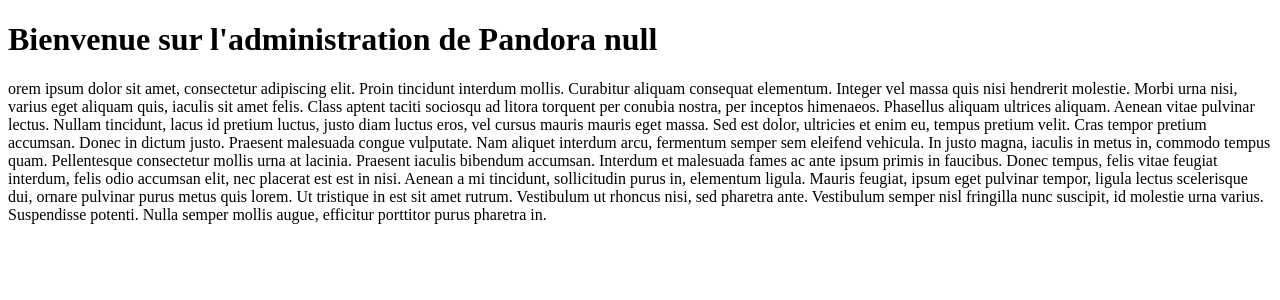
Repository: AnaisT17/Pandora
Page: http://localhost/pandora/Mainpage.jsp
These files come from the project's save history. The page is drawn as it stood at one moment and after the next save; the edit follows.
The browser window is 1280 px wide. The pictures show the whole page.
The page is served by Tomcat 9.

Above is the page before, as saved 2020-07-07 10:08:21.

After the next save:
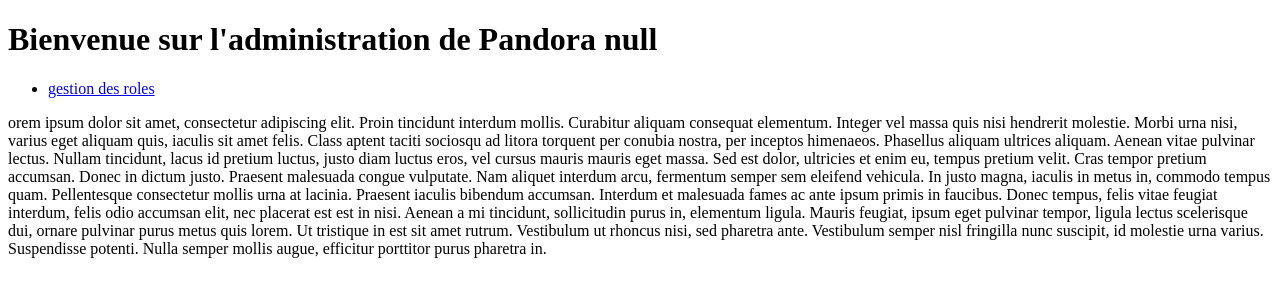
Saved 109 min 57 s later.
--- a/Pandora-0.0.7/pandora/WebContent/Mainpage.jsp
+++ b/Pandora-0.0.7/pandora/WebContent/Mainpage.jsp
@@ -9,7 +9,10 @@
 <body>
 	<h1>
 		Bienvenue sur l'administration de Pandora
-		<%= request.getParameter("user_name") %></h1>
+		<%=request.getParameter("user_name")%></h1>
+	<ul>
+		<li><a href="role/RoleController.jsp">gestion des roles</a></li>
+	</ul>
 	<p>orem ipsum dolor sit amet, consectetur adipiscing elit. Proin
 		tincidunt interdum mollis. Curabitur aliquam consequat elementum.
 		Integer vel massa quis nisi hendrerit molestie. Morbi urna nisi,
